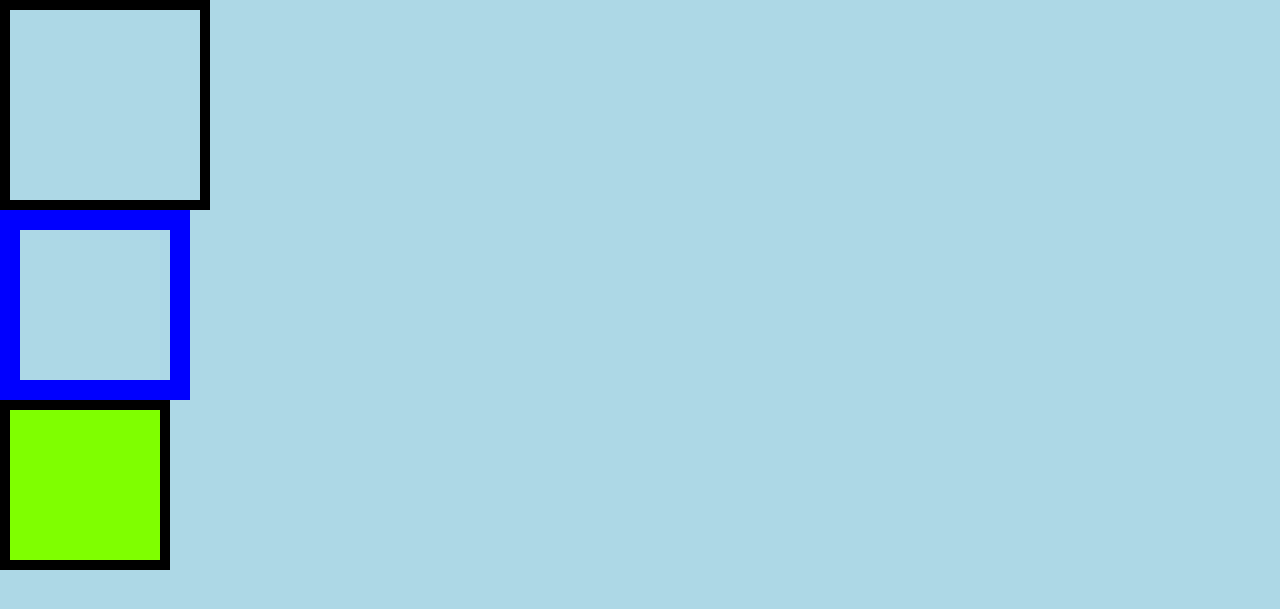
Repository: Sushant203/myPersonalSite
Page: index.html
The author's editor kept a copy of each file at every save. The page is drawn from the files as they stood at one save, then again after the next save.
The browser window is 1280 px wide. The pictures show the whole page.

Above is the page before, as saved 2022-12-04 19:05:08.

After the next save:
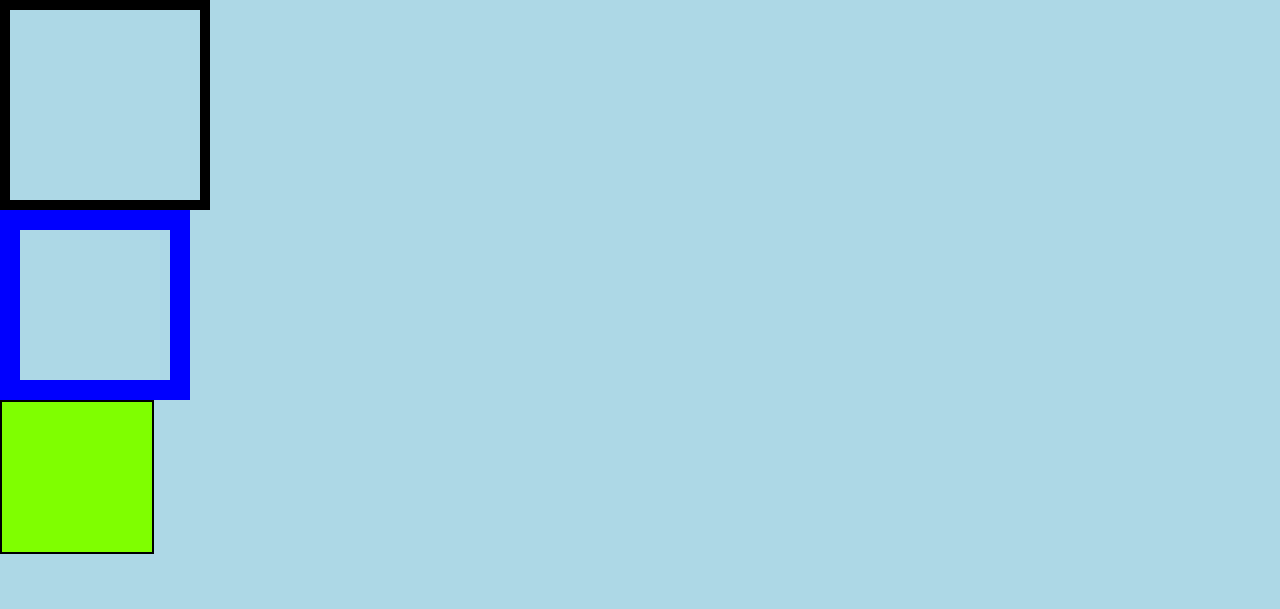
Saved 6 s later.
--- a/css/style.css
+++ b/css/style.css
@@ -19,7 +19,7 @@
 
 
 .box-3{
-    border: 10px solid;
+    border: 2px solid;
     background-color: chartreuse;
     height: 150px;
     width: 150px;
